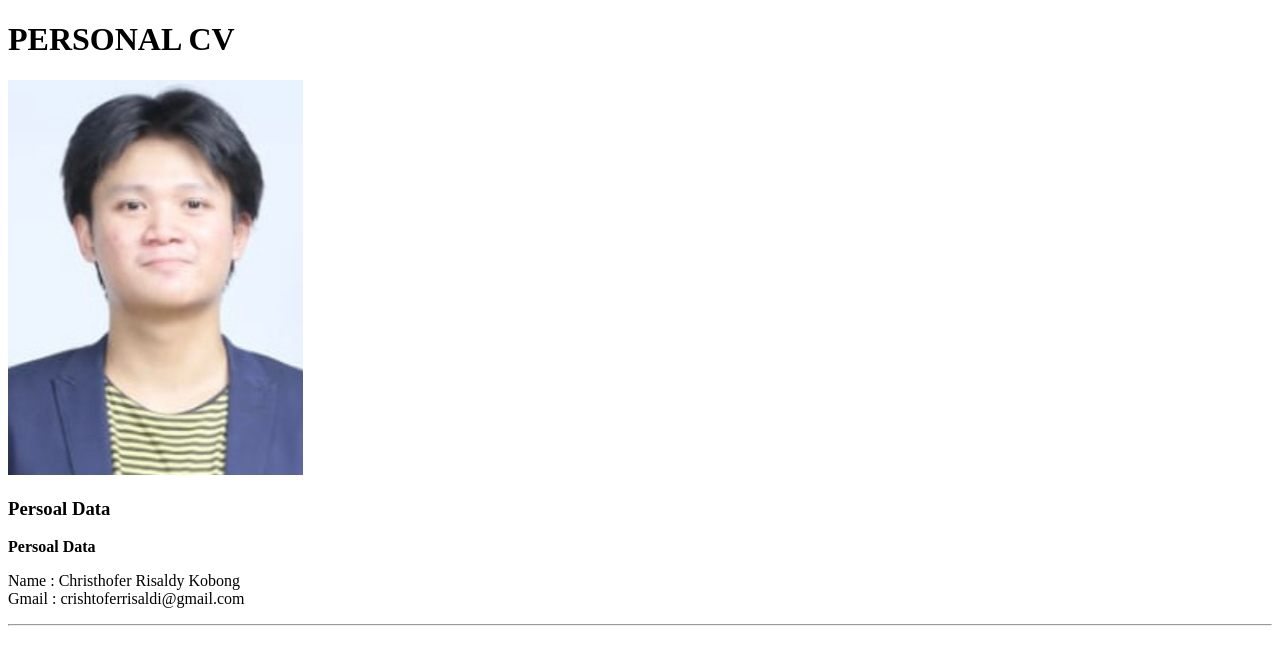
Repository: ChristhoferRisaldy/CVWeb
Page: web.html
The author's editor kept a copy of each file at every save. The page is drawn from the files as they stood at one save, then again after the next save.
The browser window is 1280 px wide. The pictures show the whole page.

Above is the page before, as saved 2025-02-21 20:59:38.

### web.html
<!DOCTYPE html>
<html>
    <head>
        <meta name="viewport" content="width=device-width, inital-scale=1">
    </head>
    <body>
        <h1>PERSONAL CV</h1>
        <img src="1.png">
        <h3><b>Persoal Data</b></h3> <b>Persoal Data</b><br>
        <p>
            Name : Christhofer Risaldy Kobong<br>
            Gmail : crishtoferrisaldi@gmail.com<br>
        </p>
        <hr>
</html>

After the next save:
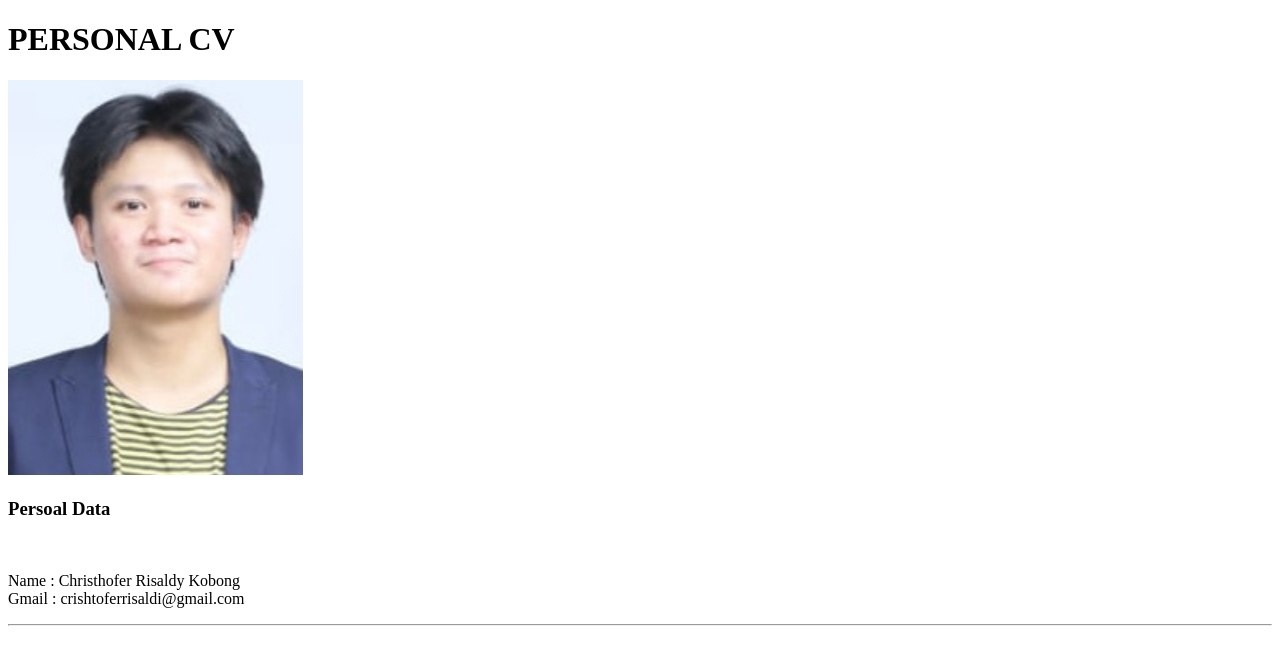
Saved 24 s later.
--- a/web.html
+++ b/web.html
@@ -6,7 +6,7 @@
     <body>
         <h1>PERSONAL CV</h1>
         <img src="1.png">
-        <h3><b>Persoal Data</b></h3> <b>Persoal Data</b><br>
+        <h3><b>Persoal Data</b></h3><br>
         <p>
             Name : Christhofer Risaldy Kobong<br>
             Gmail : crishtoferrisaldi@gmail.com<br>
